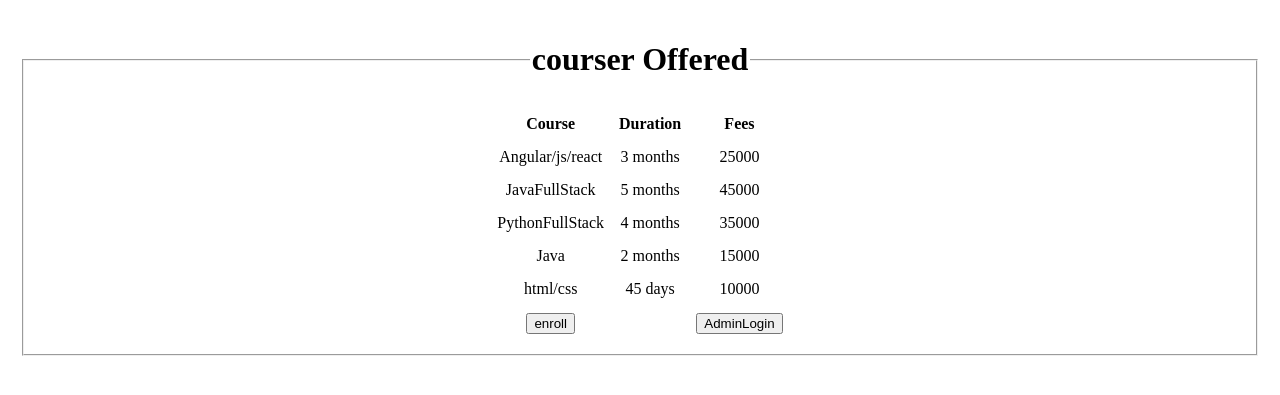
Repository: JanapatlaManojReddy/java
Page: http://localhost/institutionProject/
These files come from the project's save history. The page is drawn as it stood at one moment and after the next save; the edit follows.
The browser window is 1280 px wide. The pictures show the whole page.
The page is served by Tomcat 9. Other server files are loaded and not shown.

Above is the page before, as saved 2023-08-19 14:14:03.

### institutionProject/src/main/webapp/welcome.jsp
<%@ page language="java" contentType="text/html; charset=ISO-8859-1"
    pageEncoding="ISO-8859-1"%>
<!DOCTYPE html>
<html>
<head>
<meta charset="ISO-8859-1">
<title>welcome to coding hub </title>
<style>
body{
margin:20px;
}

</style>

</head>
<body>
<form>
<fieldSet align="center">
<legend><h1>courser Offered</h1></legend>
<table align="center" cellspacing="5" cellpadding="5">
<tr>
<th>Course </th>
<th>Duration</th>
<th>Fees</th>
</tr>
<tr>
<td>Angular/js/react</td>
<td>3 months</td>
<td>25000</td>

</tr>
<tr>
<td>JavaFullStack</td>
<td>5 months</td>
<td>45000</td>

</tr>
<tr>
<td>PythonFullStack</td>
<td>4 months</td>
<td>35000</td>

</tr>
<tr>
<td>Java</td>
<td>2 months</td>
<td>15000</td>

</tr>
<tr>
<td>html/css</td>
<td>45 days</td>
<td>10000</td>

</tr>
<tr>
<td><a href="StudentRegistration.jsp"><button>enroll</button></a></td>
<td></td>
<td><button a href="ManagementLogin.jsp"></a>AdminLogin</button></td>
</tr>
</table>


</feildSet>
</form>

</body>
</html>

After the next save:
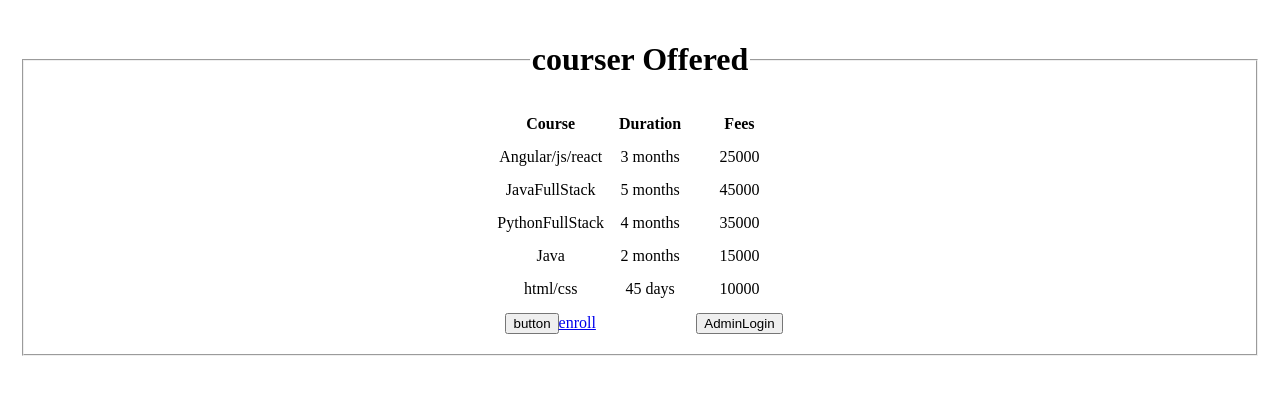
Saved 95 s later.
--- a/institutionProject/src/main/webapp/welcome.jsp
+++ b/institutionProject/src/main/webapp/welcome.jsp
@@ -54,7 +54,7 @@ margin:20px;
 
 </tr>
 <tr>
-<td><a href="StudentRegistration.jsp"><button>enroll</button></a></td>
+<td><a href="StudentRegistration.jsp"><input type="button" value="button">enroll</a></td>
 <td></td>
 <td><button a href="ManagementLogin.jsp"></a>AdminLogin</button></td>
 </tr>
